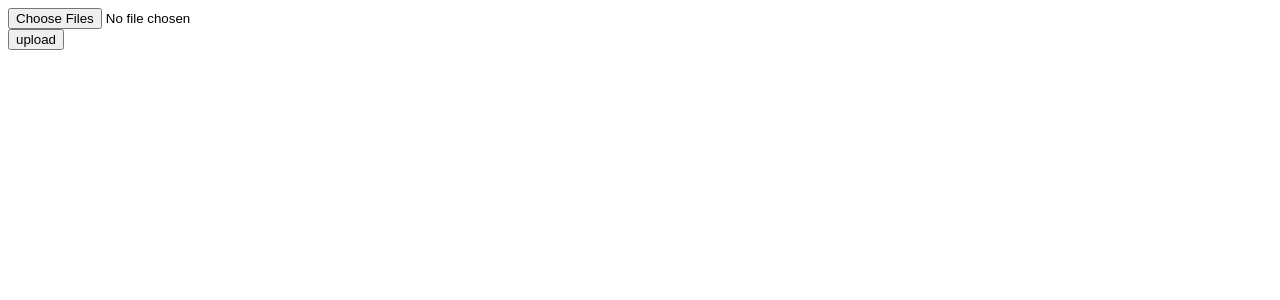
Repository: pauljinn/Java-Course
Page: http://localhost/FileUploadDemo/
The author's editor kept a copy of each file at every save. The page is drawn from the files as they stood at one save, then again after the next save.
The browser window is 1280 px wide. The pictures show the whole page.
The page is served by Tomcat 9.

Above is the page before, as saved 2025-02-26 07:06:56.

### FileUploadDemo/src/main/webapp/index.jsp
<html>
<body>

<input type ="file" multiple="multiple"/>
<br/>
<input type="submit" value = "upload"/>
</body>
</html>

After the next save:
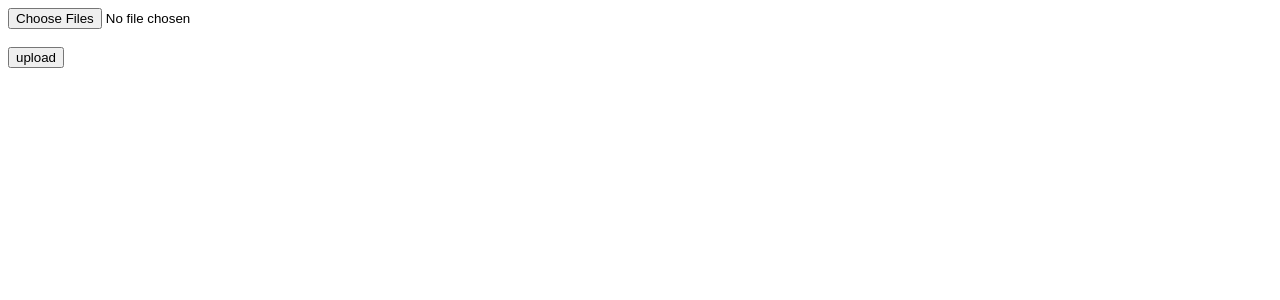
Saved 8 s later.
--- a/FileUploadDemo/src/main/webapp/index.jsp
+++ b/FileUploadDemo/src/main/webapp/index.jsp
@@ -2,7 +2,7 @@
 <body>
 
 <input type ="file" multiple="multiple"/>
-<br/>
+<br/><br/>
 <input type="submit" value = "upload"/>
 </body>
 </html>
